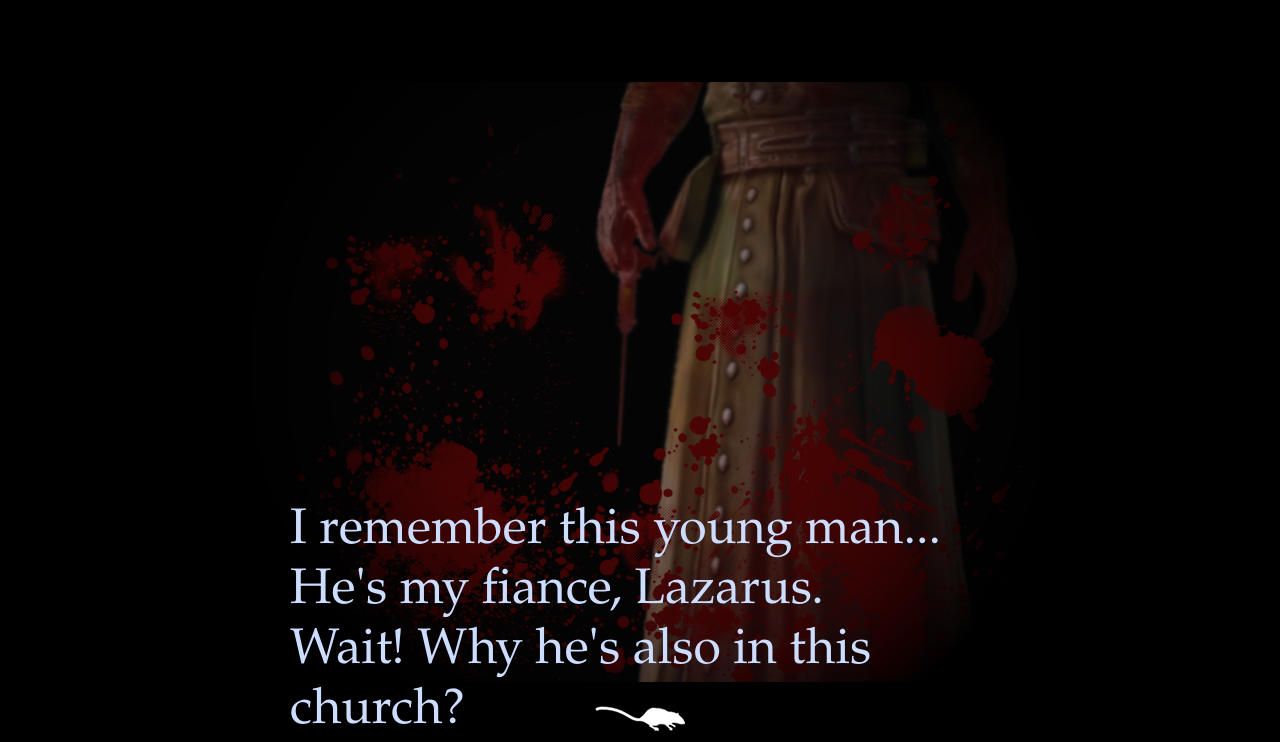
Repository: yiy225/yiy225.github.io
Page: final/dr/ymm1.html
The author's editor kept a record of every edit. The page is drawn from the files as they stood at one moment, then again after the next edit.
The browser window is 1280 px wide. The pictures show the whole page.

Above is the page before.

### final/dr/ymm1.html
<!DOCTYPE html>
<html>
   <head>
        <title>The Dance of Death</title>
        <link href="styles ymm1.css" rel="stylesheet">
    </head>
    <body>
         <embed src="stapping.mp3" hidden="true" autostart="true" loop="true"><!--stapping.mp3-->
     <div class= div1></div>
     <div class= div2>
         <div class= c1>
         <br>
         <br>
         <br>
         <br>
         <br>
         <br>
         <br>
         I remember this young man...
         <br>
         He's my fiance, Lazarus.
         <br>
         Wait! Why he's also in this church?</div>
    </div>
    <br>
     <a href="ym1" class="mouse"></a>

    </body>
</html>

### final/dr/styles ymm1.css
body {
    background-color: black;
    font-size: 20px;
    font-family: Garamond, serif;
    text-align: center;
    color: white;
}


.div1 {
    margin: 0px auto;
    width: 200px;
    height: 50px ;
    text-align: center;
    margin-left: auto;
    margin-right: auto;

}

.div2 {
    background-image: url(ymm1.jpg);
    height: 600px;
    width: 800px;
    z-index: 100;
    text-align: left;
    margin-left: auto;
    margin-right: auto;

}

.c1{
    position: relative;
    margin-left:auto;
    margin-right:auto;
    padding-left:50px;
    font-size: 50px;
    color: #CCDDFF;
}

.mouse {
   width: 90px;
   height: 25px;
   background-image: url(mouse.jpg);
   background-repeat: no-repeat;
   display: block;
   text-indent: 100%;
   white-space: nowrap;
   overflow: hidden;
   position: relative;
   text-align:center;
   margin-left:auto;
   margin-right:auto;
}


.mouse:hover {
background-position: 0px 0;
}


.mouse:active {
background-position: 0px 0;
}

After the next edit:
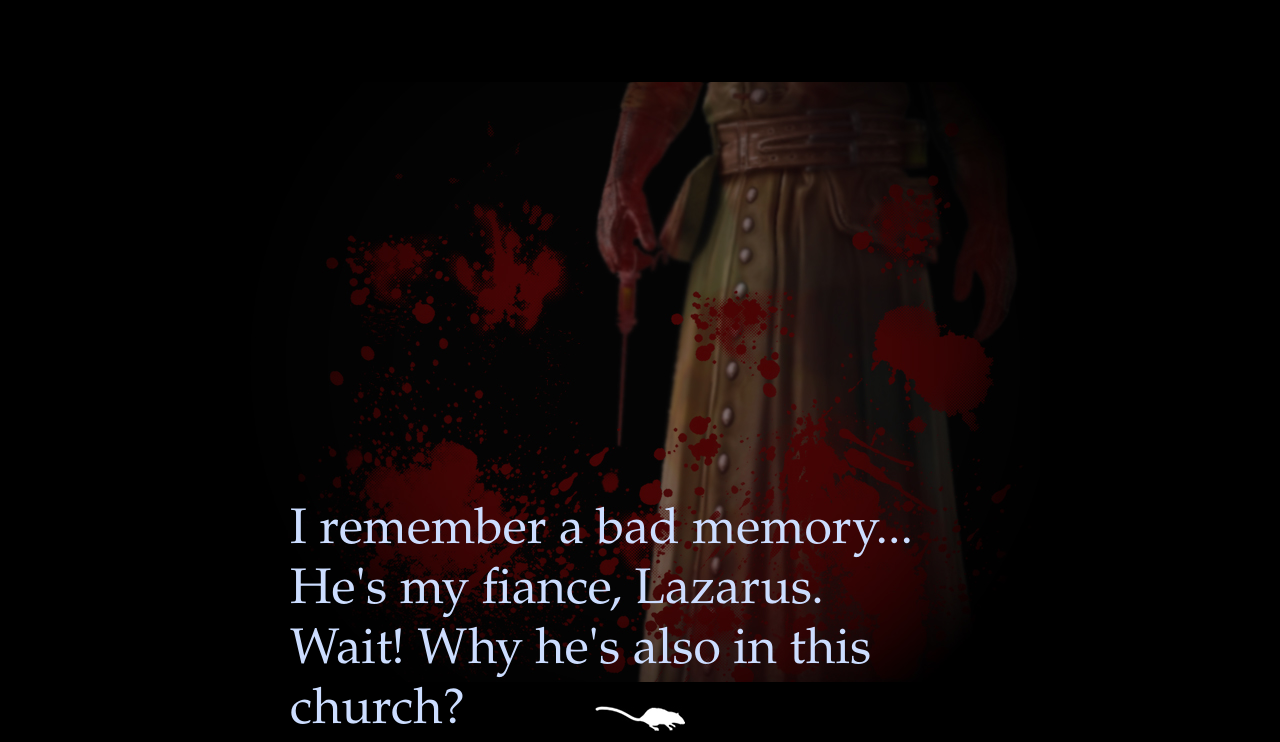
The edit:
--- a/final/dr/ymm1.html
+++ b/final/dr/ymm1.html
@@ -16,7 +16,7 @@
          <br>
          <br>
          <br>
-         I remember this young man...
+         I remember a bad memory...
          <br>
          He's my fiance, Lazarus.
          <br>
